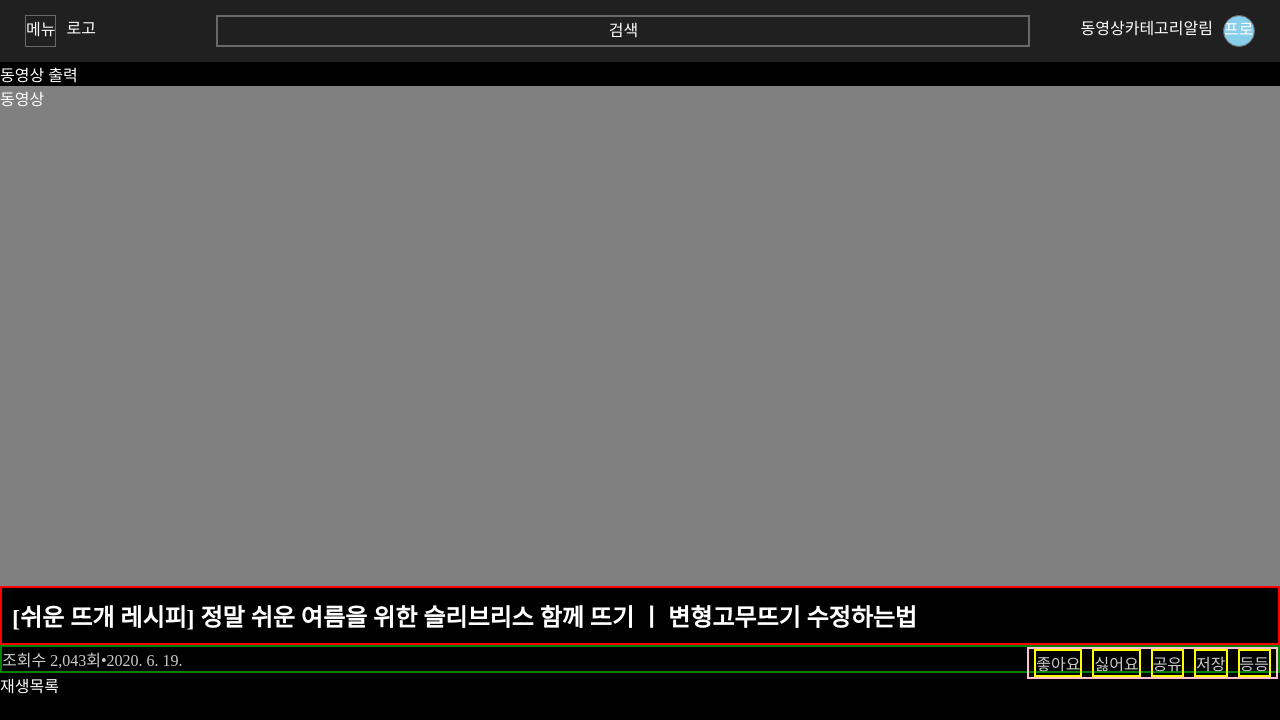
Repository: roseline0912/LikeLion
Page: YouTube_Clone/youtube.html
The author's editor kept a record of every edit. The page is drawn from the files as they stood at one moment, then again after the next edit.
The browser window is 1280 px wide. The pictures show the whole page.

Above is the page before.

### YouTube_Clone/youtube.html
<!DOCTYPE html>
<html lang="en">
<head>
    <meta charset="UTF-8">
    <meta name="viewport" content="width=device-width, initial-scale=1.0">
    <meta http-equiv="X-UA-Compatible" content="ie=edge">
    <link rel="stylesheet" href="youtube.css" type="text/css" />
    <title>My YouTube</title>
</head>
<body>
    <nav class="nav-global">
        <div class="nav-item">메뉴</div>
        <div class="nav-logo">로고</div>
        <div class="nav-search">검색</div>
        <div class="nav-video">동영상</div>
        <div class="nav-category">카테고리</div>
        <div class="nav-alarm">알림</div>
        <div class="nav-profile nav-item">프로필</div>
    </nav>

    <section class="left-section">동영상 출력
    <div class="video-area">동영상</div>
    <div class="video-title">[쉬운 뜨개 레시피] 정말 쉬운 여름을 위한 슬리브리스 함께 뜨기 ㅣ 변형고무뜨기 수정하는법</div>
    <div class="video-info">
        <div class="video-viewcount">조회수 2,043회•2020. 6. 19.</div>
        <div class="video-info_btn_container">
            <div class="btn-like">좋아요</div>
            <div class="btn-hate">싫어요</div>
            <div class="btn-share">공유</div>
            <div class="btn-save">저장</div>
            <div class="btn-etc">등등</div>
        </div>
    </div>
    </section>

    <section class="right-section">재생목록</section>

</body>
</html>

### YouTube_Clone/youtube.css
body{
    background-color:black;
    color:white;
    margin:0;
}

.nav-global{
    display:flex;
    background-color:#202020;
    padding:15px;
}

.nav-search{
    flex:1;   /*다른 태그들이 차지하는 공간을 제외하고 모든 공간을 차지함.*/
    border:2px solid dimgray;
    margin: 0 50px;
    text-align:center;
}

.nav-item, nav-logo{
    border:1px solid dimgray;
}

.nav-item{
    margin:0 10px;
}

.nav-logo{
    width:100px;
}

.nav-profile{
    width:30px;
    height:30px;
    border-radius:50%; /*일반적으로 원을 만들때는 정사각형을 만들고 radius 50%를 사용합니다.*/
    background-color:skyblue;
    overflow:hidden; /*얘는 우리가 정해놓은 사이즈를 내부 내용이 넘어가면 숨기겠다라는 속성입니다. 이 외에도 scroll도있습니다*/
}

.container .left-section{
    border: 2px solid blue;
    display: inline-block;
    /*width: 28%;*/
    min-height:600px;
    flex:6;
}

.container .right-section{
    float: right;
    flex:4;
}

.video-area{
    height:500px;
    background-color:grey;
}

.video-title{
    border:2px solid red;
    padding:10px;
    font-weight:bold;
    font-size:1.5rem;
}

.video-info{
    border:2px solid green;
    color:#ccc;     /* viedo_info클래스 밑에 있는 클래스들은 모두 글자색이 회색이므로
                    상위 클래스에 속성을 부여해 하위 클래스까지 영향을 주도록했습니다.*/

    display: flex;   /*이렇게 작성을 해주면 하위 div가 block이지만 우리들 마음대로 다루기 편해집니다.*/

    position: relative; /*기준점이 videoinfo박스(초록색박스)가 되므로 relative설정을 해줍니다.*/
}

.view-viewcount{
    border:2px solid yellow;
}

.video-info_btn_container{
    border: 2px solid pink;
    display: flex;

    position: absolute; /*btn container를 info box기준으로 오른쪽에 위치시키기위해 absolute속성을 이용했습니다.*/
    right:0;
    top:0;


}

.video-info_btn_container div{
    margin:0 5px;
    border:2px solid yellow;
}

.list_item div {
    border:green 1px solid;  /*임시 border를 만들어서 보기편하게 해줍니다.*/
}
.list_item{
    padding:10px;         /*listing되는 item들은 안쪽으로 여백이 있으니 padding값을 줍니다.*/
}
.list_thumbnail{
    height:100px;        /*사진의 높이는 100px정도로 잡고*/
    width: 40%;          /*넓이를 right_section기준 40%로 잡아줍니다.(반응형을 위해)*/
    background-color: grey; /*grey 배경색을 깔아주고*/
    float: left;            /*위에서 사용했던 float속성을 이용해서 썸네일이 왼쪽에 둥 떠있게 해줍니다.*/
    display: inline-block;  /*그리고 한줄에 여러개의 요소가 들어오므로 inline-block*/
    margin-right: 10px;     /*썸네일과 오른쪽 정보간의 간격 10px만큼줬습니다.*/
}
.list_title{
    font-weight: bold;    /*제목은 두껍게 처리를 해주었습니다.*/
    width:55%;            /*그리고 썸네일이 쓰고 남은 section기준 width 60%중에서 여유롭게 55%만 차지하도록 해줍니다.*/
    display: inline-block;  /*썸에일 오른쪽에 제목이 위치해야 하므로 inline-block*/

}
.list_author{
    color:#ccc;      /*작성자의 색깔은 회색입니다.*/
}
.list-info{
    font-size:0.8rem;   /*조회수 및 게시일은 작성자보다 조금 작은 0.8배로 크기를 지정했습니다.*/
    color:#ccc;
}

After the next edit:
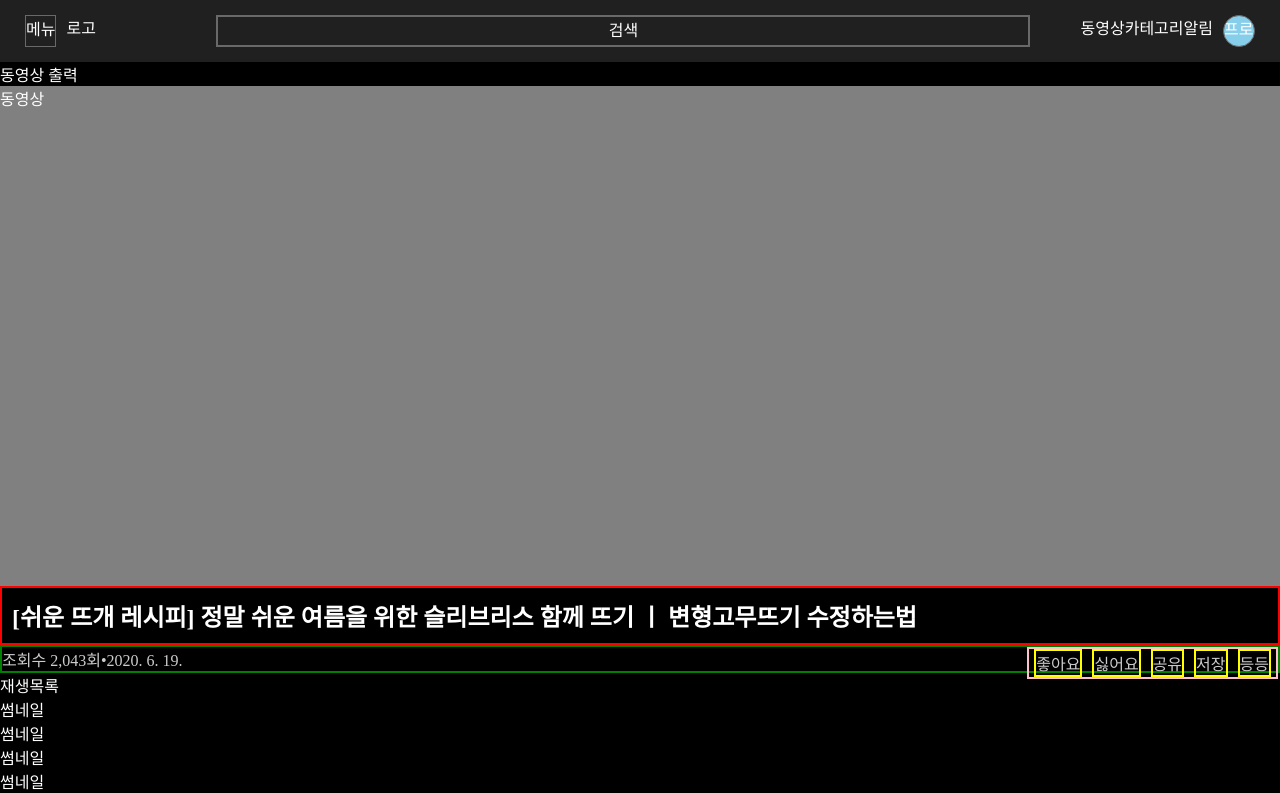
The edit:
--- a/YouTube_Clone/youtube.html
+++ b/YouTube_Clone/youtube.html
@@ -33,7 +33,15 @@
     </div>
     </section>
 
-    <section class="right-section">재생목록</section>
+    <section class="right-section">재생목록
+    <div class="list-item">
+        <div class="list-thumbnail">썸네일</div>
+        <div class="list-thumbnail">썸네일</div>
+        <div class="list-thumbnail">썸네일</div>
+        <div class="list-thumbnail">썸네일</div>
+
+    </div>
+    </section>
 
 </body>
 </html>
